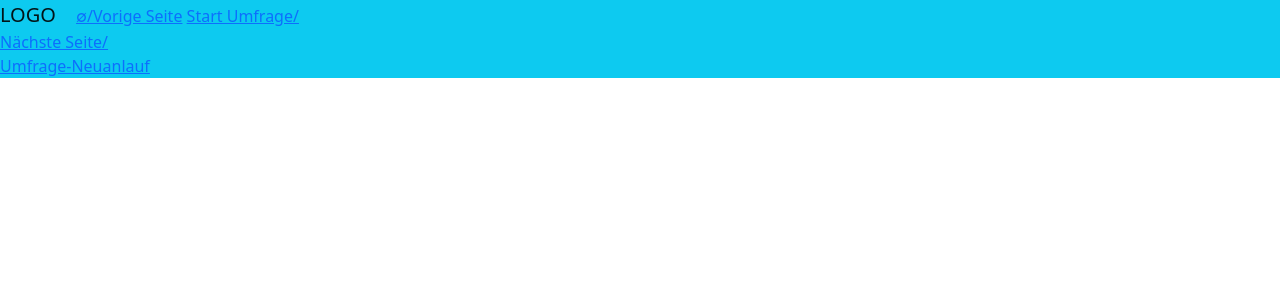
Repository: stephane71183101/Stephane-Personal-Health-Survey
Page: http://localhost/form-q01-start-page.php
These files come from the project's save history. The page is drawn as it stood at one moment and after the next save; the edit follows.
The browser window is 1280 px wide. The pictures show the whole page.
The page is run by PHP 8.4 with error messages shown; the project is at /var/www/html/.

Above is the page before, as saved 2022-03-15 13:56:48.

### form-q01-start-page.php
<!DOCTYPE html>
<html lang="en">
<head>
    <meta charset="UTF-8">
    <meta http-equiv="X-UA-Compatible" content="IE=edge">
    <meta name="viewport" content="width=device-width, initial-scale=1.0">
    <title>Document</title>
    <link href="https://cdn.jsdelivr.net/npm/bootstrap@5.1.3/dist/css/bootstrap.min.css" rel="stylesheet" integrity="sha384-1BmE4kWBq78iYhFldvKuhfTAU6auU8tT94WrHftjDbrCEXSU1oBoqyl2QvZ6jIW3" crossorigin="anonymous">
    <script src="https://cdn.jsdelivr.net/npm/bootstrap@5.1.3/dist/js/bootstrap.bundle.min.js" integrity="sha384-ka7Sk0Gln4gmtz2MlQnikT1wXgYsOg+OMhuP+IlRH9sENBO0LRn5q+8nbTov4+1p" crossorigin="anonymous"></script>
</head>

<header>
<nav class="navbar-expand navbar-light bg-info">

        <a class="navbar-brand" href="#">LOGO</a>


        <a class="button" href="#">&#8709;/Vorige Seite</a>


        <a class="button" href="#">Start Umfrage/<br>Nächste Seite/<br>Umfrage-Neuanlauf</a>

</nav>
</header>

<body>

</body>

<footer>
</footer>

</html>

After the next save:
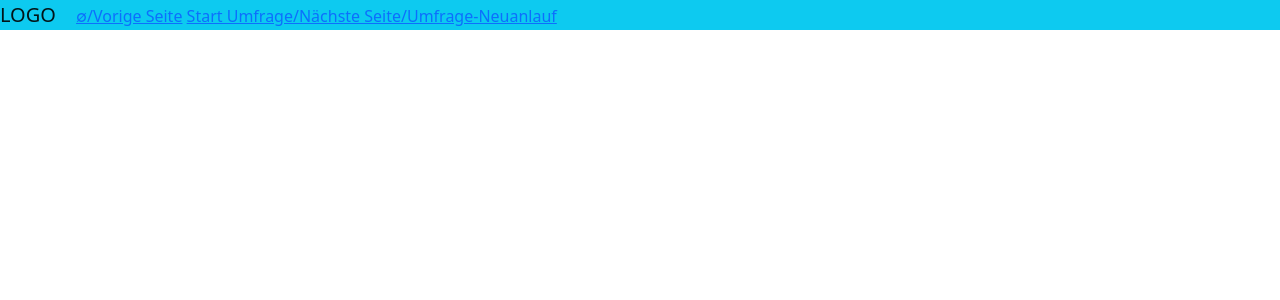
Saved 13 s later.
--- a/form-q01-start-page.php
+++ b/form-q01-start-page.php
@@ -18,7 +18,7 @@
         <a class="button" href="#">&#8709;/Vorige Seite</a>
 
 
-        <a class="button" href="#">Start Umfrage/<br>Nächste Seite/<br>Umfrage-Neuanlauf</a>
+        <a class="button" href="#">Start Umfrage/Nächste Seite/Umfrage-Neuanlauf</a>
 
 </nav>
 </header>
